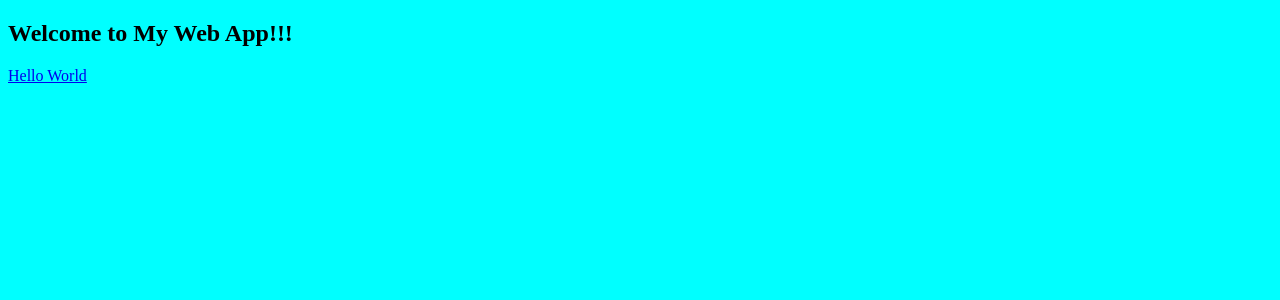
Repository: ravangs/trainingprojects
Page: mywebapp/src/main/webapp/index.html
An editor plug-in stored every save of this project. The page is shown before and after the next save, followed by the edit.
The browser window is 1280 px wide. The pictures show the whole page.

Above is the page before, as saved 2019-07-16 06:08:52.

After the next save:
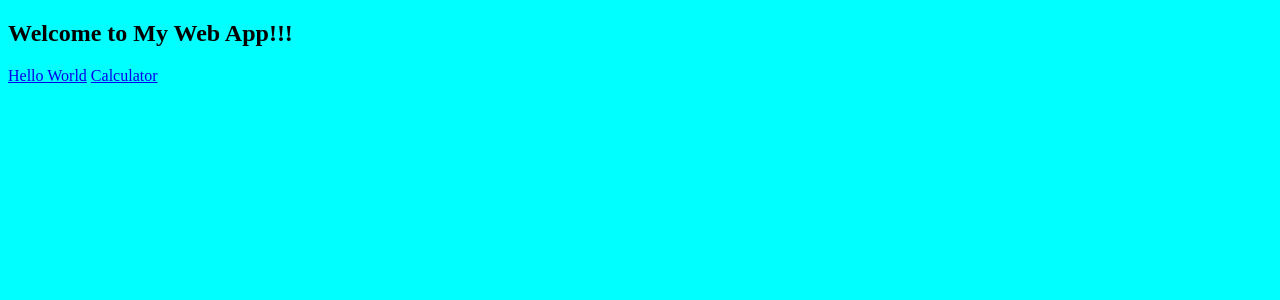
Saved 22 s later.
--- a/mywebapp/src/main/webapp/index.html
+++ b/mywebapp/src/main/webapp/index.html
@@ -9,6 +9,8 @@
 <h2>Welcome to My Web App!!!</h2>
 
 <a href = /mywebapp/hello>Hello World</a>
+
+<a href = calculator>Calculator</a>
 <br>
 
 </body>
